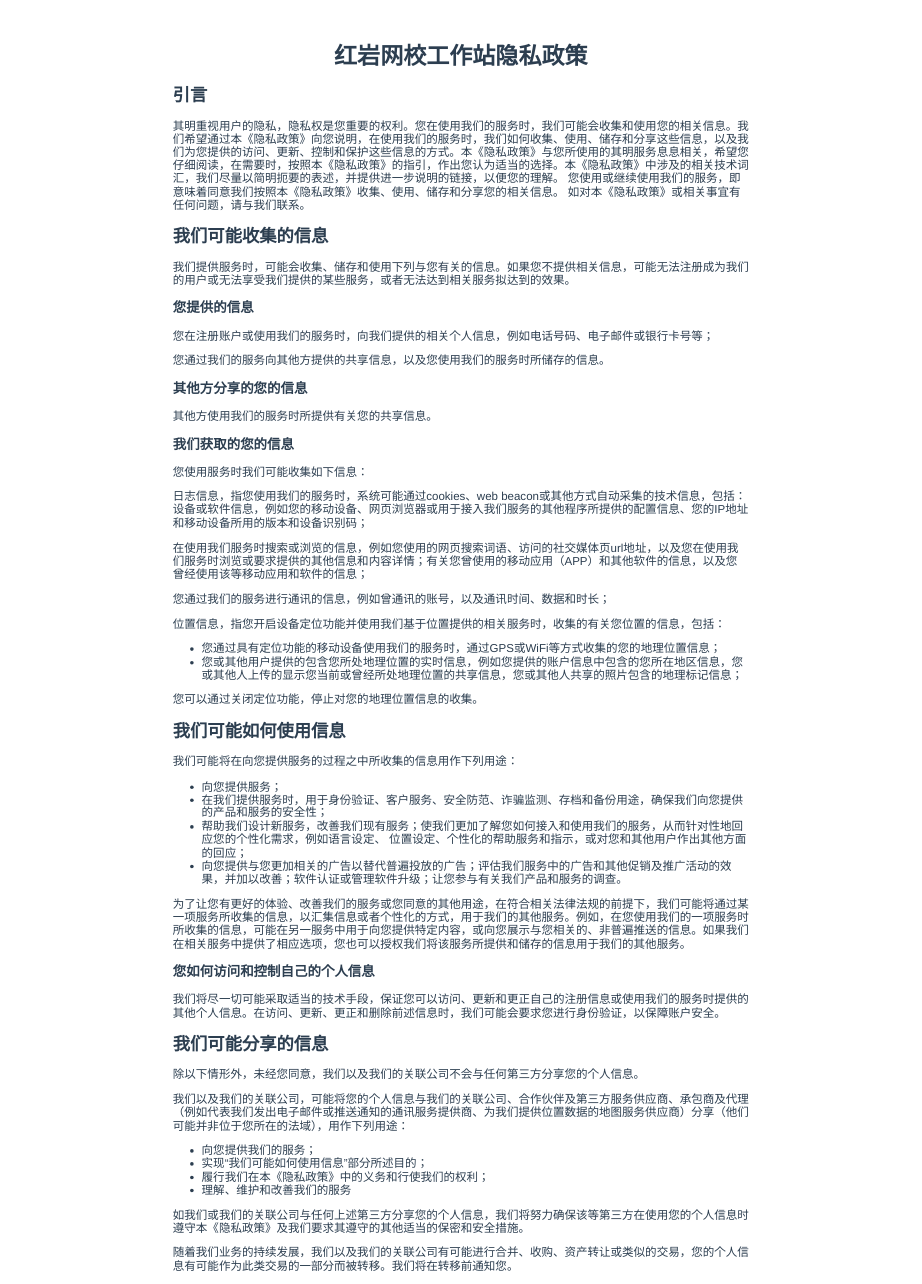
Repository: zl-mdc/privacy-policy
Page: /
An editor plug-in stored every save of this project. The page is shown before and after the next save, followed by the edit.
The browser window is 1280 px wide. The pictures show the whole page, at 72% of full size.
The project was rebuilt for these pictures with package versions that can differ from the ones it lists, and the page was loaded fresh each time.

Above is the page before, as saved 2020-09-17 15:48:24.

After the next save:
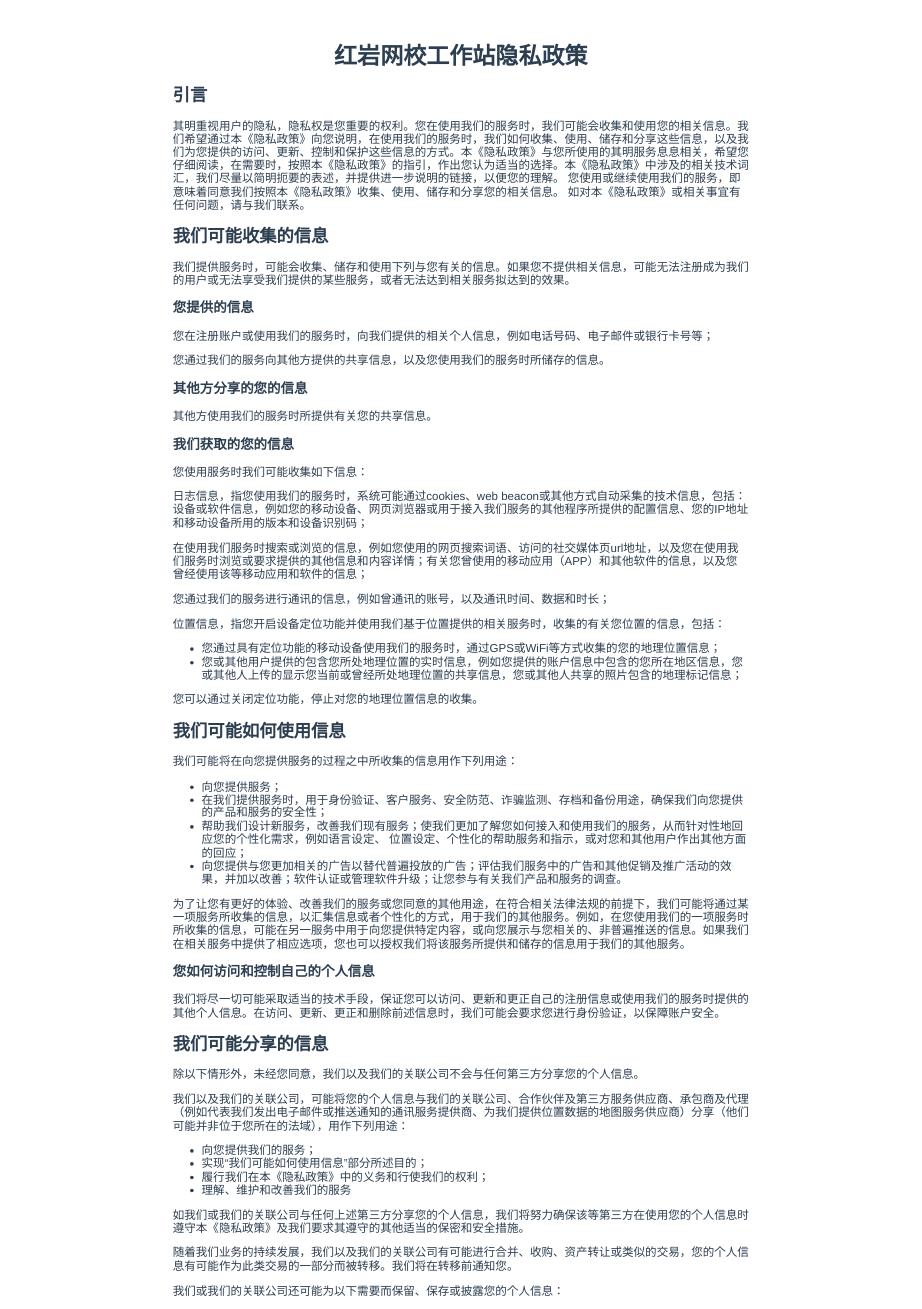
Saved 15 s later.
--- a/src/components/Info.vue
+++ b/src/components/Info.vue
@@ -1,7 +1,7 @@
 <!--
  * @Author: Code_Master
  * @Date: 2020-09-17 15:00:51
- * @LastEditTime: 2020-09-17 15:48:24
+ * @LastEditTime: 2020-09-17 15:48:39
  * @LastEditors: Code_Master
  * @FilePath: /privacy-policy/src/components/Info.vue
  * @Description: The first 90% of the code accounts for the first 90% of the development time. The remaining 10% of the code accounts for the other 90% of the development time.
@@ -55,6 +55,7 @@
           </ul>
           <p>如我们或我们的关联公司与任何上述第三方分享您的个人信息，我们将努力确保该等第三方在使用您的个人信息时遵守本《隐私政策》及我们要求其遵守的其他适当的保密和安全措施。</p>
           <p>随着我们业务的持续发展，我们以及我们的关联公司有可能进行合并、收购、资产转让或类似的交易，您的个人信息有可能作为此类交易的一部分而被转移。我们将在转移前通知您。</p>
+          <p>我们或我们的关联公司还可能为以下需要而保留、保存或披露您的个人信息：</p>
     </div>
 </template>
 
